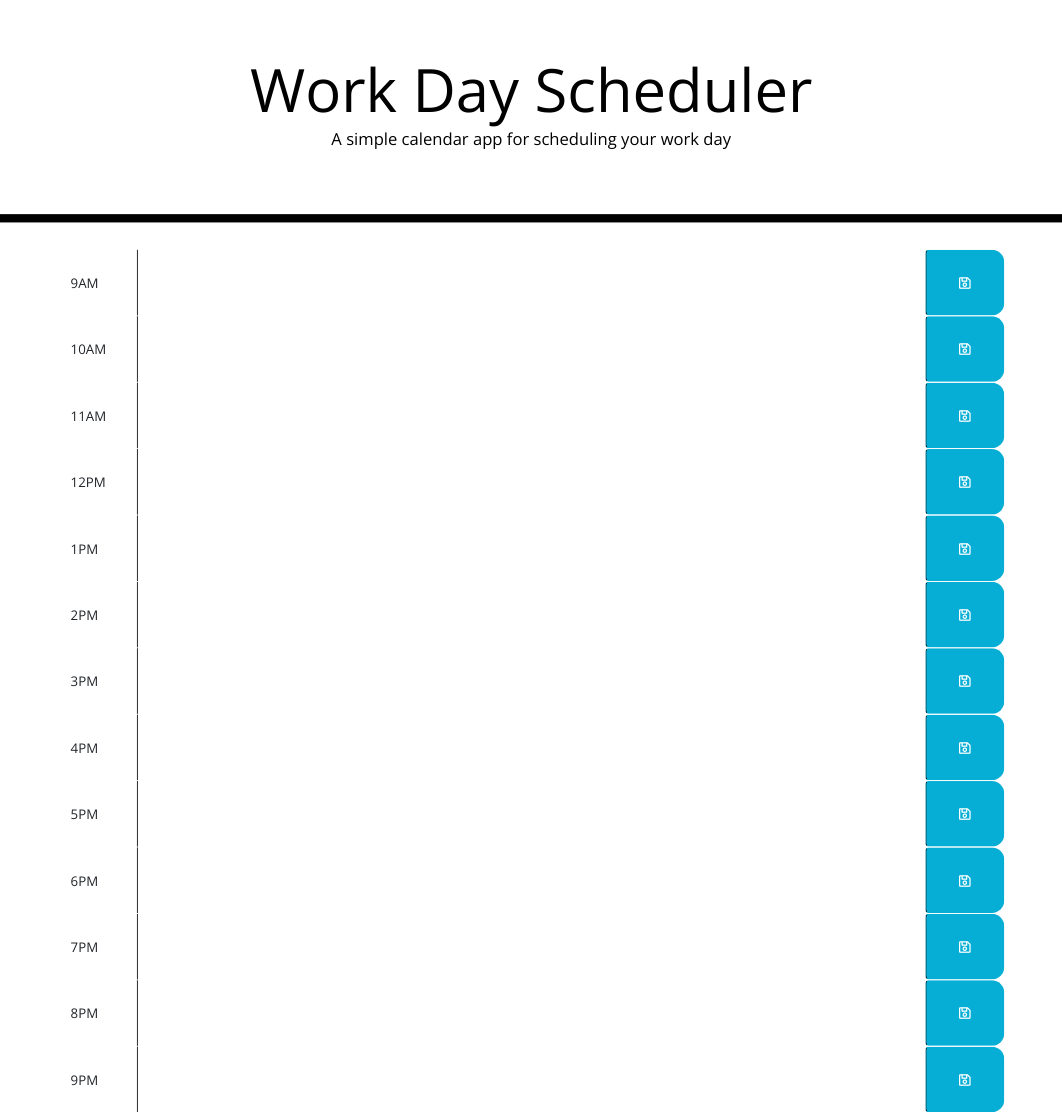
Repository: cobalt88/work-day-scheduler
Page: index.html
The author's editor kept a copy of each file at every save. The page is drawn from the files as they stood at one save, then again after the next save.
The browser window is 1280 px wide. The pictures show the whole page, at 83% of full size.
Some web libraries are served in a nearby version.

Above is the page before, as saved 2022-03-25 16:33:42.

### index.html
<!DOCTYPE html>
<html lang="en">
  <head>
    <meta charset="UTF-8" />
    <meta name="viewport" content="width=device-width, initial-scale=1.0" />
    <meta http-equiv="X-UA-Compatible" content="ie=edge" />
    <link
      rel="stylesheet"
      href="https://stackpath.bootstrapcdn.com/bootstrap/4.3.1/css/bootstrap.min.css"
    />
    <link
      rel="stylesheet"
      href="https://use.fontawesome.com/releases/v5.8.1/css/all.css"
      integrity="sha384-50oBUHEmvpQ+1lW4y57PTFmhCaXp0ML5d60M1M7uH2+nqUivzIebhndOJK28anvf"
      crossorigin="anonymous"
    />
    <link
      href="https://fonts.googleapis.com/css?family=Open+Sans&display=swap"
      rel="stylesheet"
    />
    <link rel="stylesheet" href="style.css" />
    <title>Work Day Scheduler</title>
  </head>

  <body>
    <header class="jumbotron">
      <h1 class="display-3">Work Day Scheduler</h1>
      <p class="lead">A simple calendar app for scheduling your work day</p>
      <p id="currentDay" class="lead"></p>
    </header>
    <div class="container">
      <!-- Timeblocks go here -->
      <div class="row time-slot" id="hr-9A">
        <div class="col-md-1 ">
          9AM
        </div>
        <textarea class="col-md-10 reservation"></textarea>
        <button class="btn saveBtn col-md-1 far fa-save"></button>
      </div>

      <div class="row time-slot" id="hr-10A">
        <div class="col-md-1 ">
          10AM
        </div>
        <textarea class="col-md-10 reservation"></textarea>
        <button class="btn saveBtn col-md-1 far fa-save"></button>
      </div>

      <div class="row time-slot" id="hr-11A">
        <div class="col-md-1 ">
          11AM
        </div>
        <textarea class="col-md-10 reservation"></textarea>
        <button class="btn saveBtn col-md-1 far fa-save"></button>
      </div>

      <div class="row time-slot" id="hr-12P">
        <div class="col-md-1 ">
          12PM
        </div>
        <textarea class="col-md-10 reservation"></textarea>
        <button class="btn saveBtn col-md-1 far fa-save"></button>
      </div>

      <div class="row time-slot" id="hr-1P">
        <div class="col-md-1 ">
          1PM
        </div>
        <textarea class="col-md-10 reservation"></textarea>
        <button class="btn saveBtn col-md-1 far fa-save"></button>
      </div>

      <div class="row time-slot" id="hr-2P">
        <div class="col-md-1 ">
          2PM
        </div>
        <textarea class="col-md-10 reservation"></textarea>
        <button class="btn saveBtn col-md-1 far fa-save"></button>
      </div>

      <div class="row time-slot" id="hr-3P">
        <div class="col-md-1 ">
          3PM
        </div>
        <textarea class="col-md-10 reservation"></textarea>
        <button class="btn saveBtn col-md-1 far fa-save"></button>
      </div>

      <div class="row time-slot" id="hr-4P">
        <div class="col-md-1 ">
          4PM
        </div>
        <textarea class="col-md-10 reservation"></textarea>
        <button class="btn saveBtn col-md-1 far fa-save"></button>
      </div>

      <div class="row time-slot" id="hr-5P">
        <div class="col-md-1 ">
          5PM
        </div>
        <textarea class="col-md-10 reservation"></textarea>
        <button class="btn saveBtn col-md-1 far fa-save"></button>
      </div>

      <div class="row time-slot" id="hr-6P">
        <div class="col-md-1 ">
          6PM
        </div>
        <textarea class="col-md-10 reservation"></textarea>
        <button class="btn saveBtn col-md-1 far fa-save"></button>
      </div>

      <div class="row time-slot" id="hr-7P">
        <div class="col-md-1 ">
          7PM
        </div>
        <textarea class="col-md-10 reservation"></textarea>
        <button class="btn saveBtn col-md-1 far fa-save"></button>
      </div>

      <div class="row time-slot" id="hr-8P">
        <div class="col-md-1 ">
          8PM
        </div>
        <textarea class="col-md-10 reservation"></textarea>
        <button class="btn saveBtn col-md-1 far fa-save"></button>
      </div>

      <div class="row time-slot" id="hr-9P">
        <div class="col-md-1 ">
          9PM
        </div>
        <textarea class="col-md-10 reservation"></textarea>
        <button class="btn saveBtn col-md-1 far fa-save"></button>
      </div>


    </div>

    <script src="https://code.jquery.com/jquery-3.4.1.min.js"></script>
    <script src="https://cdnjs.cloudflare.com/ajax/libs/moment.js/2.24.0/moment.min.js"></script>
  </body>
</html>

### style.css
body {
  font-family: 'Open Sans', sans-serif;
  font-size: 16px;
  line-height: 1;
}

textarea{
  background: transparent;
  border: none;
  resize: none;
  color: #000000;
  border-left: 1px solid black;
  padding: 10px;
}

.jumbotron {
  text-align: center;
  background-color: transparent;
  color: black;
  border-radius: 0;
  border-bottom: 10px solid black;
}

.description{
  white-space: pre-wrap;
}

.time-block{
  text-align: center;
  border-radius: 15px;
}

.row {
  white-space: pre-wrap;
  height: 80px;
  border-top: 1px solid white;;
}

.hour {
  background-color: #ffffff;
  color: #000000;
  border-top: 1px dashed #000000;
}

.past {
  background-color: #d3d3d3;
  color: white;
}

.present {
  background-color: #ff6961;
  color: white;
}

.future {
  background-color: #77dd77;
  color: white;
}

.saveBtn {
  border-left: 1px solid black;
  border-top-right-radius: 15px;
  border-bottom-right-radius: 15px;
  background-color: #06AED5;
  color: white;
}

.saveBtn i:hover {
  font-size: 20px;
  transition: all .3s ease-in-out;
}

### logic.js
var todayDate = moment().format('dddd, MMM Do YYYY');
$("#currentDay").html(todayDate);

After the next save:
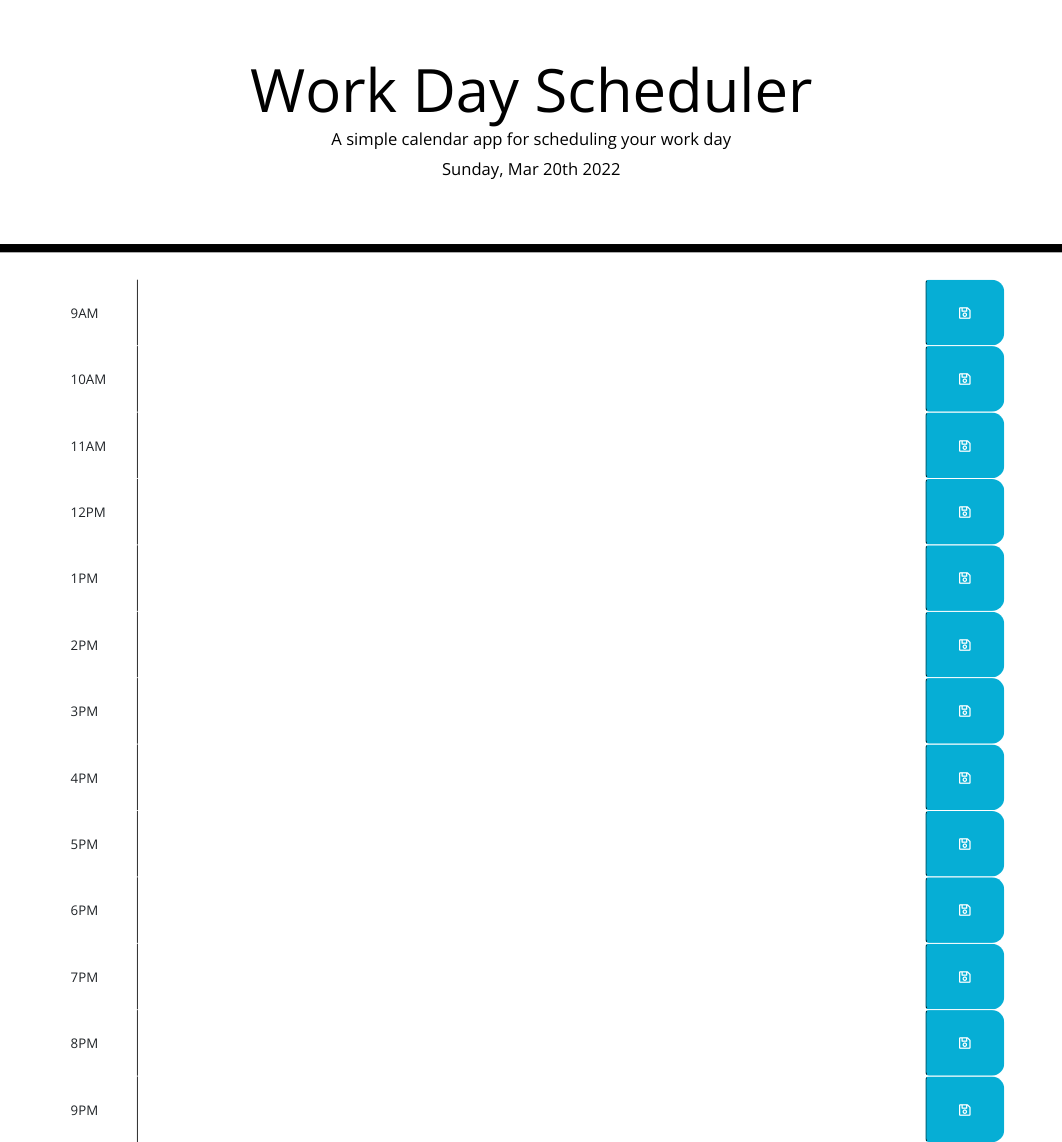
Saved 52 s later.
--- a/index.html
+++ b/index.html
@@ -139,5 +139,6 @@
 
     <script src="https://code.jquery.com/jquery-3.4.1.min.js"></script>
     <script src="https://cdnjs.cloudflare.com/ajax/libs/moment.js/2.24.0/moment.min.js"></script>
+    <script src="/logic.js"></script>
   </body>
 </html>
